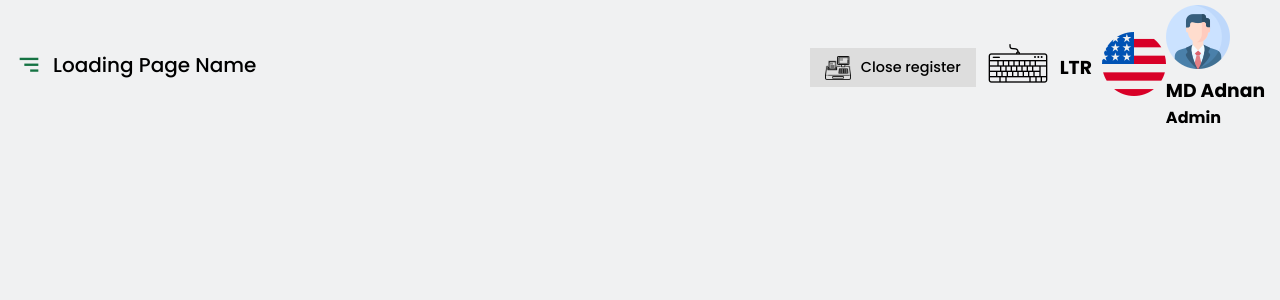
Repository: codebyaddro/pos-navbar
Page: index.html
The author's editor kept a copy of each file at every save. The page is drawn from the files as they stood at one save, then again after a run of saves.
The browser window is 1280 px wide. The pictures show the whole page.

Above is the page before, as saved 2025-02-13 15:56:34.

### index.html
<!DOCTYPE html>
<html lang="en">
<head>
    <meta charset="UTF-8">
    <meta name="viewport" content="width=device-width, initial-scale=1.0">
    <!-- CSS -->
    <link rel="stylesheet" href="/css/style.css">
    <!-- Icons -->
    <link href='https://unpkg.com/boxicons@2.1.4/css/boxicons.min.css' rel='stylesheet'>
    <title>Navbar - Block</title>
</head>
<body style="background-color: #f0f1f2;">
    <nav class="cba-nav-container">
        <div class="cba-nav-side-menu-toggle-icon-loading-pagename">
            <div class="cba-nav-side-menu-toggle-icon">
                <!-- toggle first icon -->
                <i class='t-icon-open bx bx-menu-alt-right' id="iconDisplay" onclick="toggleIcon()"></i>
                <!-- toggle second icon -->
                <!-- <i class='t-icon-close bx bx-menu-alt-left' id="iconDisplay" onclick="toggleIcon()"></i> -->
                <!--todo: one of the toggle icon should be commented-->
            </div>
            <div class="cba-nav-loading-pagename">
                <h3>Loading Page Name</h3>
            </div>
        </div>
        <div class="cba-nav-features-user-logo-name">
            <div class="cba-nav-features">
                <div class="cba-nav-close-counter">
                    <img src="/img/cash-register.png" alt="cash-register-img">
                    <h3>Close register</h3>
                </div>
                <div class="cba-nav-keyboard-shortcut">
                    <img src="/img/computer-keyboard.png" alt="keyboard-img">
                </div>
                <div class="cba-nav-ltr-rtl-switch">
                    <h3><span id="text">LTR</span></h3>
                </div>
                <div class="cba-nav-lang-switch" onclick="toggleImage()">
                    <img src="/img/united-states.png" title="English" alt="united-state-flag" id="image">
                </div>
            </div>
            <div class="cba-nav-user-logo-name">
                <div class="cba-nav-user-logo">
                    <img src="/img/User.png" alt="user-img">
                </div>
                <div class="cba-nav-user-name">
                    <div class="cba-nav-user-name">
                        <h3>MD Adnan</h3>
                    </div>
                    <div class="cba-nav-user-role">
                        <h4>Admin</h4>
                    </div>
                </div>
            </div>
        </div>
    </nav>
    <!-- Javascript -->
    <script src="/script/main.js"></script>
</body>
</html>

### css/style.css
/* -- fonts -- */
@import url('https://fonts.googleapis.com/css2?family=Poppins:ital,wght@0,100;0,200;0,300;0,400;0,500;0,600;0,700;0,800;0,900;1,100;1,200;1,300;1,400;1,500;1,600;1,700;1,800;1,900&family=Raleway:ital,wght@0,100..900;1,100..900&family=Roboto:ital,wght@0,100;0,300;0,400;0,500;0,700;0,900;1,100;1,300;1,400;1,500;1,700;1,900&family=VT323&display=swap');

/* -- root -- */

:root {
    --gray-white: #F0F1F2; /* For body*/
    --white: #FFFFFF;
    --black: #000000;
    --gray-black: #DDDDDD;
    --light-black: #212523;
    --light-black-op: #21252350;
    --main-green: #157343;
    --main-light: #37A000;
    --light-orange: #FD7E14;
    --green: #008000;
    --light-green: #e9f6ec;
    --red: #FF0000;
    --light-red: #fbeaec;
}

/* -- universal style -- */

* {
    margin: 0;
    padding: 0;
    box-sizing: border-box;
    font-family: "Poppins", serif;
}

/* -- web app cursor element selection style -- */

::selection {
    color: var(--white);
    background-color: var(--main-light);
}

/* -- nav container style -- */

.cba-nav-container {
    display: flex;
    justify-content: space-between;
    align-items: center;
    padding: 5px 15px;
}

/* -- nav side menu toggle icon and loading pagename style -- */

.cba-nav-side-menu-toggle-icon-loading-pagename {
    display: flex;
    gap: 10px;
    align-items: center;
}

/* -- nav side menu toggle icon style -- */

.t-icon-open {
    color: var(--main-green);
    font-size: 1.75rem;
    cursor: pointer;
}

.t-icon-close {
    color: var(--main-green);
    font-size: 1.75rem;
    cursor: pointer;
}

/* -- nav loading pagename style -- */

.cba-nav-loading-pagename h3 {
    color: var(--black);
    font-size: 1.25rem;
    font-weight: 500;
    margin-top: -5px;
}

/* -- nav features and user logo name style -- */

.cba-nav-features-user-logo-name {
    display: flex;
    /* gap: 10px; */
    align-items: center;
}

/* -- nav features style -- */

.cba-nav-features {
    display: flex;
    gap: 10px;
    align-items: center;
}

/* -- close counter style -- */

.cba-nav-close-counter {
    display: flex;
    gap: 10px;
    align-items: center;
    background-color: var(--gray-black);
    padding: 7.5px 15px;
    cursor: pointer;
}

.cba-nav-close-counter img {
    height: 24px;
    width: 26px;
    cursor: pointer;
}

.cba-nav-close-counter h3 {
    color: var(--black);
    font-size: 0.9rem;
    font-weight: 500;
}

### script/main.js
// JS function for Side Navigation Bar Toggle

function toggleIcon() {
    let icon = document.getElementById("iconDisplay");

    if (icon.classList.contains("bx-menu-alt-right")) {
        icon.classList.remove("bx-menu-alt-right");
        icon.classList.add("bx-menu-alt-left"); // Change to user alt left icon
    } else {
        icon.classList.remove("bx-menu-alt-left");
        icon.classList.add("bx-menu-alt-right"); // Change back to alt right icon
    }
}

// End of Side Navigation Bar Toggle

After the next 2 saves:
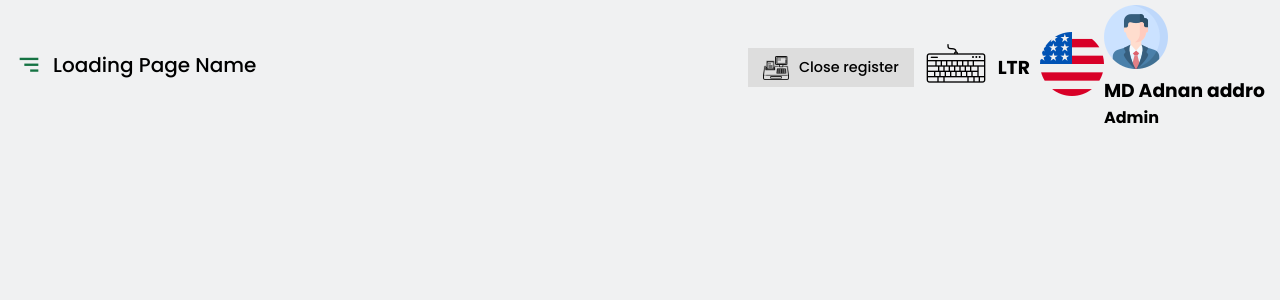
The 2 saves are shown as one change because they came seconds apart.
The last was saved 7 s later.
--- a/index.html
+++ b/index.html
@@ -45,7 +45,7 @@
                 </div>
                 <div class="cba-nav-user-name">
                     <div class="cba-nav-user-name">
-                        <h3>MD Adnan</h3>
+                        <h3>MD Adnan addro</h3>
                     </div>
                     <div class="cba-nav-user-role">
                         <h4>Admin</h4>
